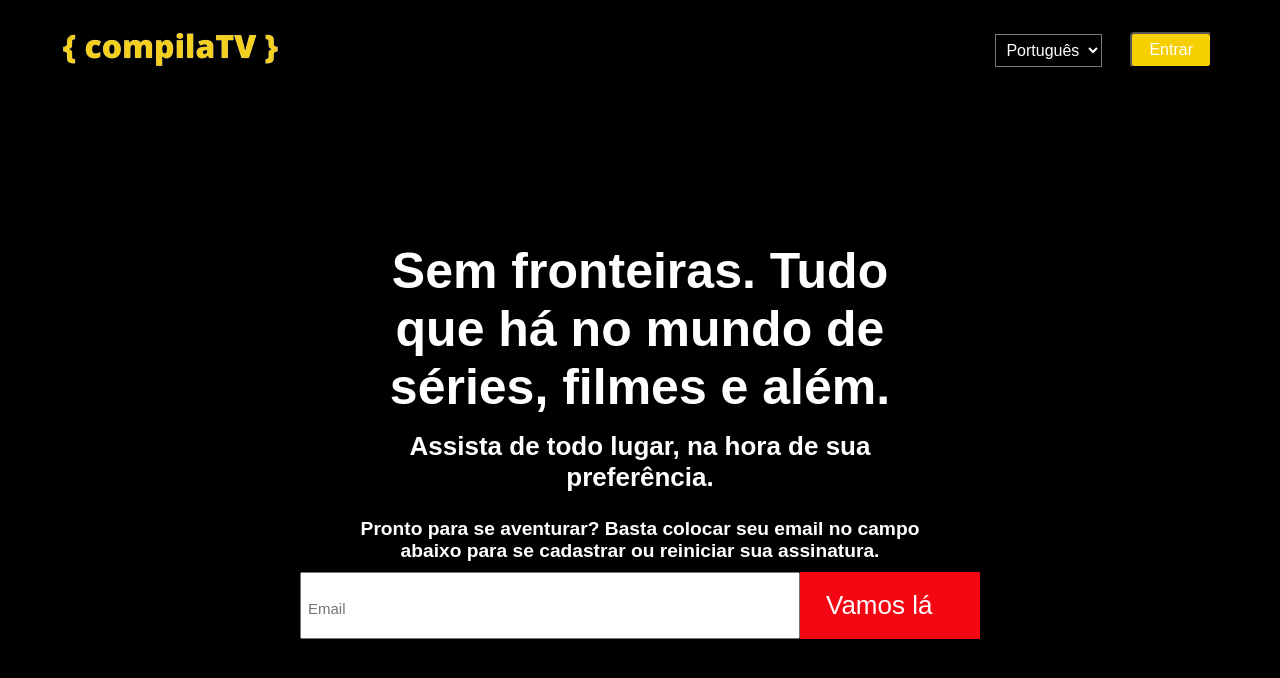
Repository: Wo1verine45/tcclets
Page: /
The author's editor kept a copy of each file at every save. The page is drawn from the files as they stood at one save, then again after the next save.
The browser window is 1280 px wide. The pictures show the whole page.
The project was rebuilt for these pictures with package versions that can differ from the ones it lists, and the page was loaded fresh each time. Also part of the build but not shown: src/pages/Main/homescreen.css, src/components/Input/index.js, src/pages/Login/Login.js.

Above is the page before, as saved 2021-10-22 18:33:07.

### public/index.html
<!DOCTYPE html>
<html lang="en">

<head>
  <meta charset="utf-8" />
  <link rel="icon" href="%PUBLIC_URL%/favicon.ico" />
  <meta name="viewport" content="width=device-width, initial-scale=1" />
  <meta name="theme-color" content="#000000" />
  <meta name="description" content="Web site created using create-react-app" />
  <link rel="stylesheet" href="https://cdnjs.cloudflare.com/ajax/libs/font-awesome/6.0.0-beta2/css/all.min.css">
  <link rel="text/css" href="https://codex.nflxext.com/%5E3.0.0/truthBundle/webui/1.22.5-shakti-css-vfb243f62/css/css/less%7Ccore%7Cerror-page.less/1/btzvF4DuBgayCE/none/true/none">
  <title>LETSFLIX</title>
</head>

<body>
  <noscript>You need to enable JavaScript to run this app.</noscript>
  <div id="root"></div>
</body>

</html>

### src/App.js
import React, { useState } from 'react';
import './App.css'
import { TranslateContext } from './contexts';
import { translateHelper } from './helpers/translate';
import { BrowserRouter as Router } from 'react-router-dom'
import Routes from './routes/routes';

function App () {

  const [language, setLanguage] = useState('portuguese')

  function translate(textId) {
    return translateHelper(textId, language)
  }

  return (
    <div className="page">
      <Router>
        <TranslateContext.Provider value={{language, setLanguage, translate}}>
          <Routes />
        </TranslateContext.Provider>
      </Router>
    </div>
  )
}


/*
commit1: adicionei o Title component, que recebe children e diferentes tamanhos como props, para múltiplos usos ao longo do projeto, primeiro
componente da pasta homeScreen que já padronizei o seu css. Também adicionei o App.css para mudar o background-color do site. (Pedro)
-----
commit2: adicionei o Button component, que recebe children e dois diferentes tamanhos, segundo componente da pasta homeScreen que já padronizei o
seu css. (Pedro)
-----
commit3: adicionei o DropdownMenu component, que recebe id que vai ser usado como id e name, recebe o initialValue que é o valor padrão, recebe
options que é uma lista com objetos dentro, cada objeto tem label e value que são o children e o valor respectivamente, por último recebe o
setLanguage, a função pra mudar o estado. Para adicionar mais línguas é só adicionar mais objetos na lista options. Junto com esse component que
usei para o cliente selecionar a língua, tem a função translate que serve para traduzir cada parte do site, que tem que adicionar a tradução para
cada coisa nova colocada no site
*/

{/*
  const [movieList, setMovieList] = useState([]);

  useEffect (() => {
    const LoadList = async () => {
      //Pegando toda a lista
      let list = await InfoBase.getHomeList();
      setMovieList(list);
    }

    LoadList();
  }, [])
  */}

{//<section className="lists">
        //{/*O Map ira iterar sobre a lista, criando um loop e fazendo sempre que houver informações*/}
        //{movieList.map((item, key) => (

          /* O Componente Movie ira receber duas props, o title, e o items, que e a requisição com o await*/
          //<Movies key={key} title={item.title} items={item.items}/>
        //))}
      //</section>
      //<Header />
      //<footer>
        //Aqui vai as informações referente ao projeto
      //</footer>
    //</div>
  //);
}
{/*<DropdownMenu id='language' initialValue={language} options={[
        {
          label: 'Português',
          value: 'portuguese'
        },
        {
          label: 'English',
          value: 'english'
        }
      ]} setLanguage={setLanguage}/>
      <Title size={1}>{translate('welcome_message')}</Title>
    </div>
    )*/}
{/*
    <Input size={1} type='email' id='email' placeholder='Email'/>
    <Input size={2} type='text' id='name' placeholder='Name'/>
    <Input size={3} type='password' id='password' placeholder='Password'/>
    <Button onClick={null} size={1}>Vamos lá</Button>
    */}

export default App;

### src/App.css
@import url('https://fonts.googleapis.com/css2?family=Roboto:wght@400;700&display=swap');
* {
    box-sizing: border-box;
}

body {
    background: #000;
    color: #fff;
    font-family:'Roboto', sans-serif;
}

.HomeScreenHeader{
    display: flex;
    width: 100%;
}

.Head{
    display: flex;
    flex-direction: row-reverse;
    width: 100%;
    align-items: center;
    margin-right: 60px;
    margin-top: 20px;
    margin-bottom: 20px;
}

.Logo{
    margin-top: 20px;
    margin-bottom: 20px;
}

.HomeScreenMain{
    display: flex;
    flex-direction: column;
    align-items: center;
    text-align: center;
    margin-right: 350px;
    margin-left: 350px;
    margin-top: 150px;
}

.Login-box{
    margin-top: 40px;
    margin-left: 525px;
    margin-right: 546px;
    padding: 0px;
    background-color: #141414;
}

.show_button{
    /*cima, direita, baixo, esquerda*/
    margin: 0px 0px 25px 66px;
    cursor: pointer;
}

.first_time{
    margin-left: 66px;
    padding-bottom: 100px;
}

mark{
    background-color: #141414;
    color: blue;
}

### src/contexts/index.js
import { createContext } from "react";

export const TranslateContext = createContext()

### src/helpers/translate.js
export function translateHelper(textId, language) {
  if (language === 'english') {
    if (textId === 'welcome_message') {
      return 'Welcome'
    } else if (textId === 'sign_in') {
      return 'Sign In'
    } else if (textId === 'main_title') {
      return 'Borderless. Everything in the world of series, movies and beyond.'
    } else if (textId === 'subtitle') {
      return 'Watch it from anywhere, at the time of your choice.'
    } else if (textId === 'signin_label') {
      return 'Ready to venture out? Just enter your email in the field below to register or reset your subscription.'
    } else if (textId === 'signup-bottom') {
      return 'Get Started'
    } else if (textId === 'login-input') {
      return 'Email or phone number'
    } else if (textId === 'password') {
      return 'Password'
    } else if (textId === 'show') {
      return 'Show'
    } else if (textId === 'hide') {
      return 'Hide'
    } else if (textId === 'first_time') {
      return 'First time here?'
    } else if (textId === 'sigmudn_freud') {
      return 'Register now'
    }
  } else if (language === 'portuguese') {
    if (textId === 'welcome_message') {
      return 'Bem-Vindo'
    } else if (textId === 'sign_in') {
      return 'Entrar'
    } else if (textId === 'main_title') {
      return 'Sem fronteiras. Tudo que há no mundo de séries, filmes e além.'
    } else if (textId === 'subtitle') {
      return 'Assista de todo lugar, na hora de sua preferência.'
    } else if (textId === 'signin_label') {
      return 'Pronto para se aventurar? Basta colocar seu email no campo abaixo para se cadastrar ou reiniciar sua assinatura.'
    } else if (textId === 'signup-bottom') {
      return 'Vamos lá'
    } else if (textId === 'login-input') {
      return 'Email ou número de telefone'
    } else if (textId === 'password') {
      return 'Senha'
    } else if (textId === 'show') {
      return 'Mostrar'
    } else if (textId === 'hide') {
      return 'Ocultar'
    } else if (textId === 'first_time') {
      return 'Primeira vez aqui?'
    } else if (textId === 'sigmudn_freud') {
      return 'Cadastra-se agora'
    }
  }
}

### src/routes/routes.js
import { Route, Switch } from 'react-router-dom'
import HomeScreen from '../pages/Main/homeScreen'
import Login from '../pages/Login/Login'


function Routes () {
    return (
        <Switch>
            <Route path='/'>
            <HomeScreen />
            </Route>
            <Route path='/Login' exact>
                <Login />
            </Route>
        </Switch>
    )
}

export default Routes;

### src/pages/Main/homeScreen.js
import { useContext } from "react"
import { Button } from "../../components/Button"
import { DropdownMenu } from "../../components/DropdownMenu"
import { Title } from '../../components/Title'
import { TranslateContext } from "../../contexts"
import { Registration } from "../../components/Registration/Registration"
import logo from '../../assets/logo.png'
import { Link } from 'react-router-dom'
import './homescreen.css';


function HomeScreen() {

  const { language, setLanguage, translate } = useContext(TranslateContext)

    return (
      <div className='HomeScreen'>
        <header className='HomeScreenHeader'>
          <div className='Logo'>
            <img src={logo} alt='logo'/>
          </div>
          <div className='Head'>
            <Link to='/login'>
              <Button onClick={null} size={2}>{translate('sign_in')}</Button>
            </Link>
            <DropdownMenu id='language'
            initialValue={language}
            options={
              [
            {
              label: 'Português',
              value: 'portuguese'
            },
            {
              label: 'English',
              value: 'english'
            }
              ]
            }
            onSelect={setLanguage}/>
          </div>
        </header>
        <main className='HomeScreenMain'>
          <Title size={1}>{translate('main_title')}</Title>
          <Title size={2}>{translate('subtitle')}</Title>
          <Title size={3}>{translate('signin_label')}</Title>
          <Registration />
        </main>
      </div>
  )
}

export default HomeScreen;

### src/components/DropdownMenu/index.js
export { DropdownMenu } from './DropdownMenu'

### src/components/Title/index.js
export { Title } from './Title'

### src/components/Registration/Registration.js
import { Input } from "../Input/Input";
import { Button } from "../Button/Button";
import './Registration.css'
import { useContext } from "react";
import { TranslateContext } from "../../contexts";

export function Registration() {

    const { translate } = useContext(TranslateContext)

    function handleOnSubmit(evt) {
        evt.preventDefault()

        console.log('Formulário enviado com sucesso!')
        console.log('Email:', evt.target.value)
    }

    return (
        <form className='Registration-form' onSubmit={handleOnSubmit}>
            <Input size={1} type='email' id='email' placeholder='Email'/>
            <Button onClick={null} size={1} type='submit'>{translate('signup-bottom')}</Button>
        </form>
    )
}

### src/components/Button/Button.js
import './Button.css'

export function Button ({ children, onClick, size, type }) {
    if (size === 1) {
        return (
            <button className='Button-button-1' onClick={onClick} type={type}>{children}</button>
        )
    } else if (size === 2) {
        return (
            <button className='Button-button-2' onClick={onClick} type={type}>{children}</button>
        )
    } else {
        return (
            <button className='Button-button-3' onClick={onClick} type={type}>{children}</button>
        )
    }
}

### src/components/DropdownMenu/DropdownMenu.js
import './DropdownMenu.css'

export function DropdownMenu({ id, initialValue, options, onSelect }) {

    function handleOnSelect(evt) {
        onSelect(evt.target.value)
    }

    return(
        <form className='DropdownMenu-form'>
            <select className='DropdownMenu-dropdownmenu' id={id} name={id} value={initialValue} onChange={handleOnSelect}>
                {options.map(
                    (option) => <option value={option.value}>{option.label}</option>
                )}
            </select>
        </form>
    )
}

### src/components/Title/Title.js
import './Title.css'

export function Title ({ size, children }) {
 if (size === 1) {
   return (
     <h1 className='Title-title-1'>{children}</h1>
   )
 } else if (size === 2) {
    return (
      <h2 className='Title-title-2'>{children}</h2>
    )
  } else if (size === 3) {
      return (
        <h3 className='Title-title-3'>{children}</h3>
      )
    } else {
        return (
          <h4 className='Title-title-4'>{children}</h4>
        )
      }
}

### src/components/Input/Input.js
import { useState } from "react"
import './Input.css'

export function Input({ size, type, id, placeholder }) {

    const [value, setValue] = useState('')

    function handleOnChange(evt) {
        setValue(evt.target.value)
    }

   if (size === 1) {
       return (
           <input className='Input-input-1' type={type} id={id} name={id} placeholder={placeholder} value={value} onChange={handleOnChange}/>
       )
   } else if (size === 2) {
        return (
            <input className='Input-input-2' type={type} id={id} name={id} placeholder={placeholder} value={value} onChange={handleOnChange}/>
        )
   } else {
        return (
            <input className='Input-input-3' type={type} id={id} name={id} placeholder={placeholder} value={value} onChange={handleOnChange}/>
        )
   }
}

### src/components/Registration/Registration.css
.Registration-form{
    display: flex;
}

### src/components/Button/Button.css
.Button-button-1 {
    align-items: center;
    width: 180px;
    display: inline-flex;
    flex-direction: row;
    font-size: 1.625rem;
    font-weight: 400;
    padding: 0 1em;
    background-color: #f40612;
    box-shadow: 0 1px 0 rgba(0,0,0,.45);
    color: white;
    min-height: 60px;
    line-height: initial;
    border: none;
    cursor: pointer;
    font-family: Arial, Helvetica, sans-serif;
}

.Button-button-2 {
    font-size: 16px;
    padding: 7px 17px;
    border-radius: 4px;
    background-color: rgb(246, 207, 2);
    color: white;
    cursor: pointer;
    font-family: Arial, Helvetica, sans-serif;
}

.Button-button-1:hover {
    background-color: rgb(246, 207, 102);
}

.Button-button-3 {
    font-size: 16px;
    width: 310px;
    padding: 16px;
    margin-left: 66px;
    border-radius: 4px;
    background-color: rgb(246, 207, 2);
    color: white;
    cursor: pointer;
    font-family: Arial, Helvetica, sans-serif;
}

### src/components/DropdownMenu/DropdownMenu.css
.DropdownMenu-form{
    margin-right: 28px;
}

.DropdownMenu-dropdownmenu{
    background-color: black;
    color: white;
    font-size: 16px;
    padding: 6px;
}

### src/components/Title/Title.css
.Title-title-1{
    padding: 0;
    margin: 0;
    font-family: Arial, Helvetica, sans-serif;
    font-size: 50px;
    color: white;
    margin-bottom: 15px;
}

.Title-title-2{
    padding: 0;
    margin: 0;
    font-family: Arial, Helvetica, sans-serif;
    font-size: 26px;
    color: white;
    margin-bottom: 25px;
}

.Title-title-3{
    padding: 0;
    margin: 0;
    font-family: Arial, Helvetica, sans-serif;
    font-size: 19.2px;
    color: white;
    margin-bottom: 10px;
}

.Title-title-4{
    margin: 0;
    font-family: Arial, Helvetica, sans-serif;
    color: white;
    font-size: 32px;
    /*cima, direita, baixo, esquerda*/
    padding: 66px 66px 28px 66px;
}

### src/components/Input/Input.css
.Input-input-1{
    /*cima, direita, baixo, esquerda*/
    padding: 26px 10px 20px 6px;
    width: 500px;
    font-size: 15px;
}

.Input-input-2{
    /*cima, direita, baixo, esquerda*/
    padding: 12px 10px;
    margin-left: 66px;
    margin-bottom: 15px;
    width: 310px;
    font-size: 15px;
    border-radius: 4px;
    background-color: #141414;
}

Loaded but not shown: src/index.js (common file); src/components/Button/index.js (common file); src/pages/Main/homescreen.css (no copy from this time; the picture is the same without it)

After the next save:
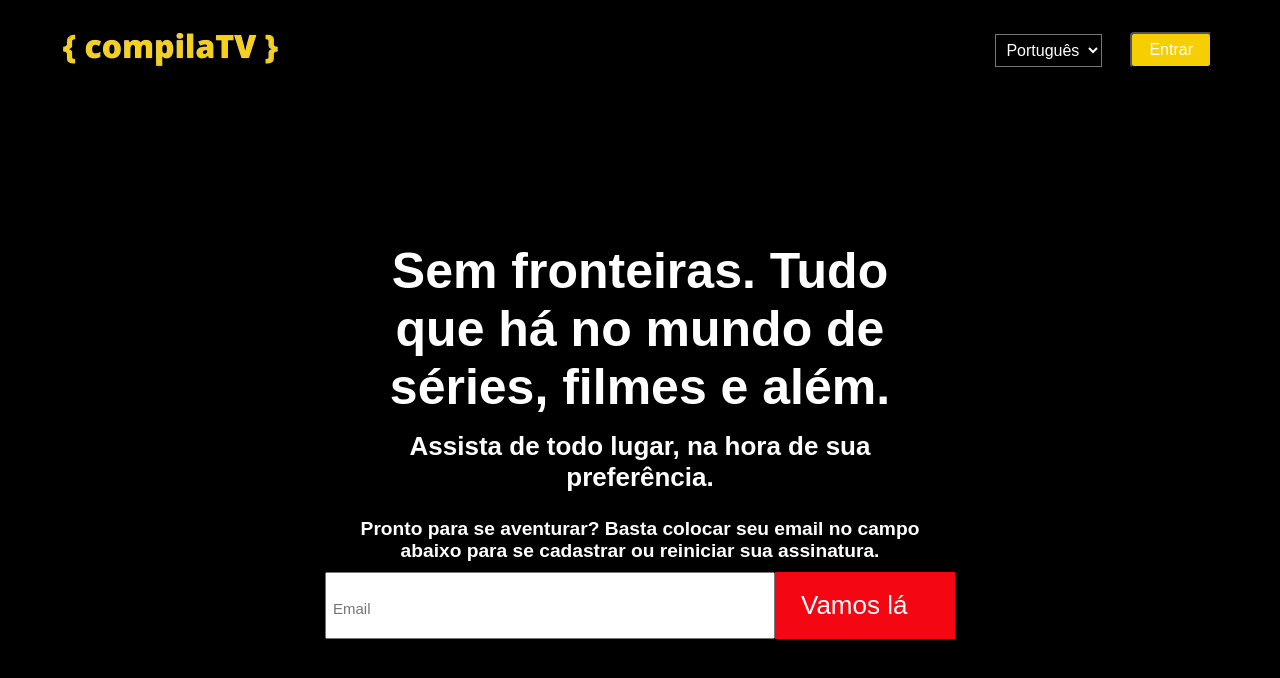
Saved 91 s later.
--- a/src/components/Input/Input.css
+++ b/src/components/Input/Input.css
@@ -1,7 +1,7 @@
 .Input-input-1{
     /*cima, direita, baixo, esquerda*/
     padding: 26px 10px 20px 6px;
-    width: 500px;
+    min-width: 450px;
     font-size: 15px;
 }
 
